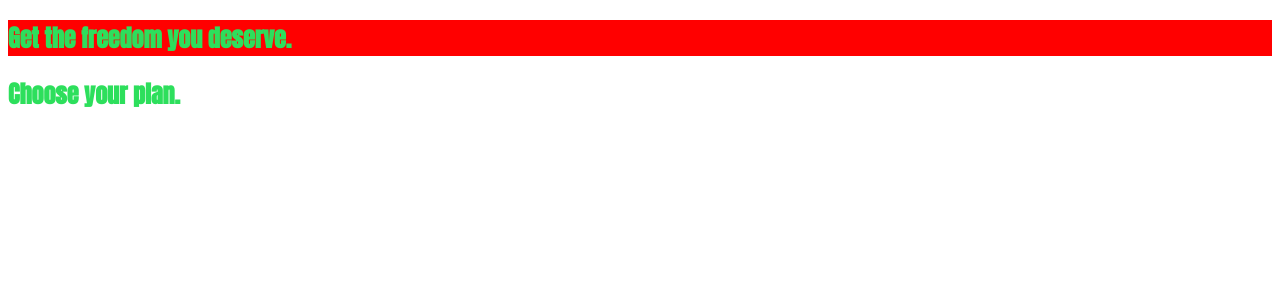
Repository: CH96SHREYA/css
Page: Lecture 1/index.html
An editor plug-in stored every save of this project. The page is shown before and after a run of saves, followed by the edit.
The browser window is 1280 px wide. The pictures show the whole page.

Above is the page before, as saved 2021-09-27 08:19:34.

### Lecture 1/index.html
<!DOCTYPE html>
<html lang="en">
  <head>
    <meta charset="UTF-8" />
    <meta http-equiv="X-UA-Compatible" content="ie=edge" />
    <title>uHost</title>
    <link rel="shortcut icon" href="favicon.png" />
    <link rel="preconnect" href="https://fonts.googleapis.com" />
    <link rel="preconnect" href="https://fonts.gstatic.com" crossorigin />
    <link
      href="https://fonts.googleapis.com/css2?family=Anton&display=swap"
      rel="stylesheet"
    />
    <link rel="stylesheet" href="styles.css" />
  </head>

  <body>
    <main>
      <section id="product-overview">
        <h1 class="section-title">Get the freedom you deserve.</h1>
      </section>
      <section id="plans">
        <h1 class="section-title">Choose your plan.</h1>
      </section>
    </main>
  </body>
</html>

### Lecture 1/styles.css
#product-overview{
    background-color:red;
}

h1{
    color:white;
    font-family: 'Anton', sans-serif;
}
.section-title{
    color: #2ddf5c;
}

After the next 2 saves:
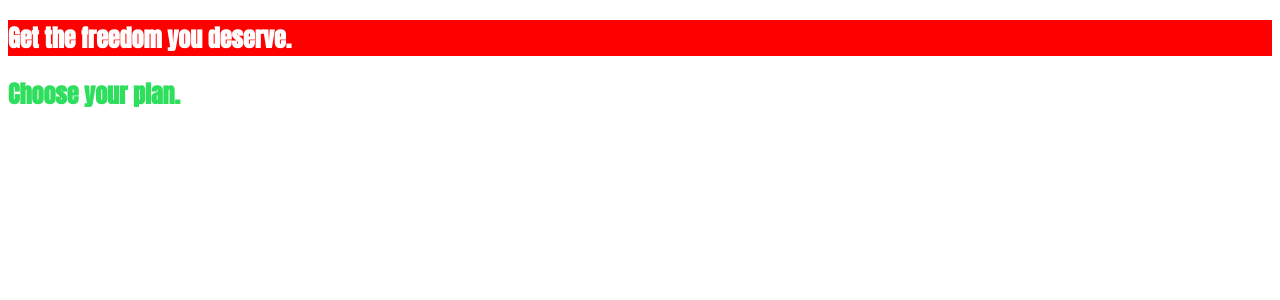
The 2 saves are shown as one change because they came seconds apart.
The last was saved 79 s later.
--- a/Lecture 1/index.html
+++ b/Lecture 1/index.html
@@ -17,7 +17,7 @@
   <body>
     <main>
       <section id="product-overview">
-        <h1 class="section-title">Get the freedom you deserve.</h1>
+        <h1>Get the freedom you deserve.</h1>
       </section>
       <section id="plans">
         <h1 class="section-title">Choose your plan.</h1>
